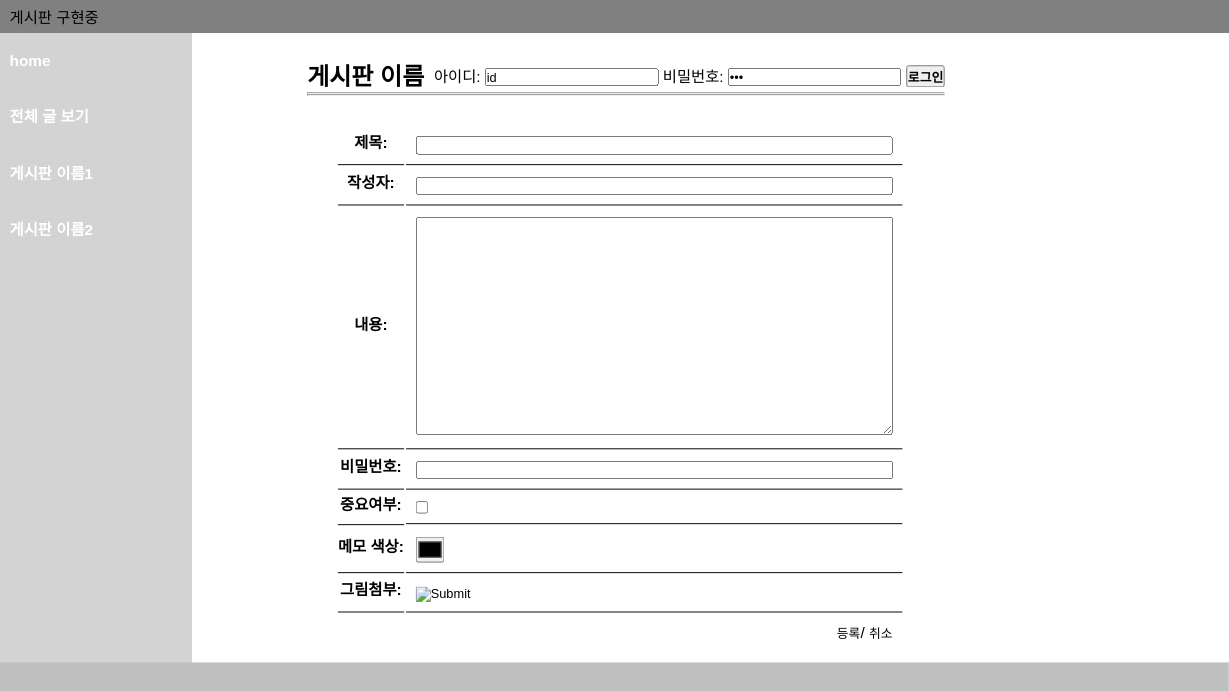
Repository: hyeon-jin-park/study
Page: work/internet_programing/Test_final/public/input.html
An editor plug-in stored every save of this project. The page is shown before and after the next save, followed by the edit.
The browser window is 1280 px wide. The pictures show the whole page, at 96% of full size.

Above is the page before, as saved 2025-03-22 13:25:56.

After the next save:
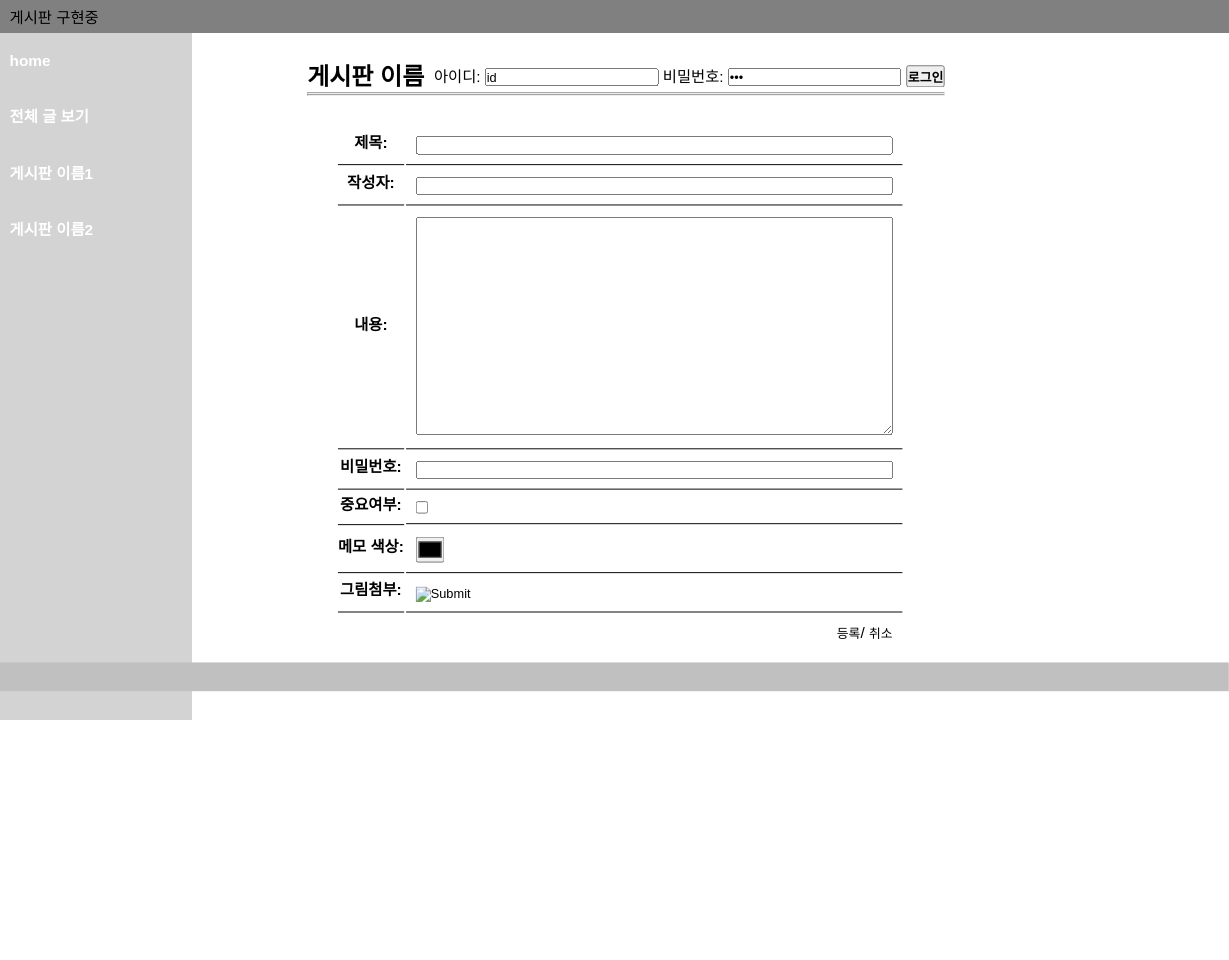
Saved 116 s later.
--- a/work/internet_programing/Test_final/public/layout.css
+++ b/work/internet_programing/Test_final/public/layout.css
@@ -1,5 +1,8 @@
 @charset "UTF-8";
 
+body{
+	min-height:1000px;
+}
 .header {
             background-color: gray;
             color: black;

After the save that followed:
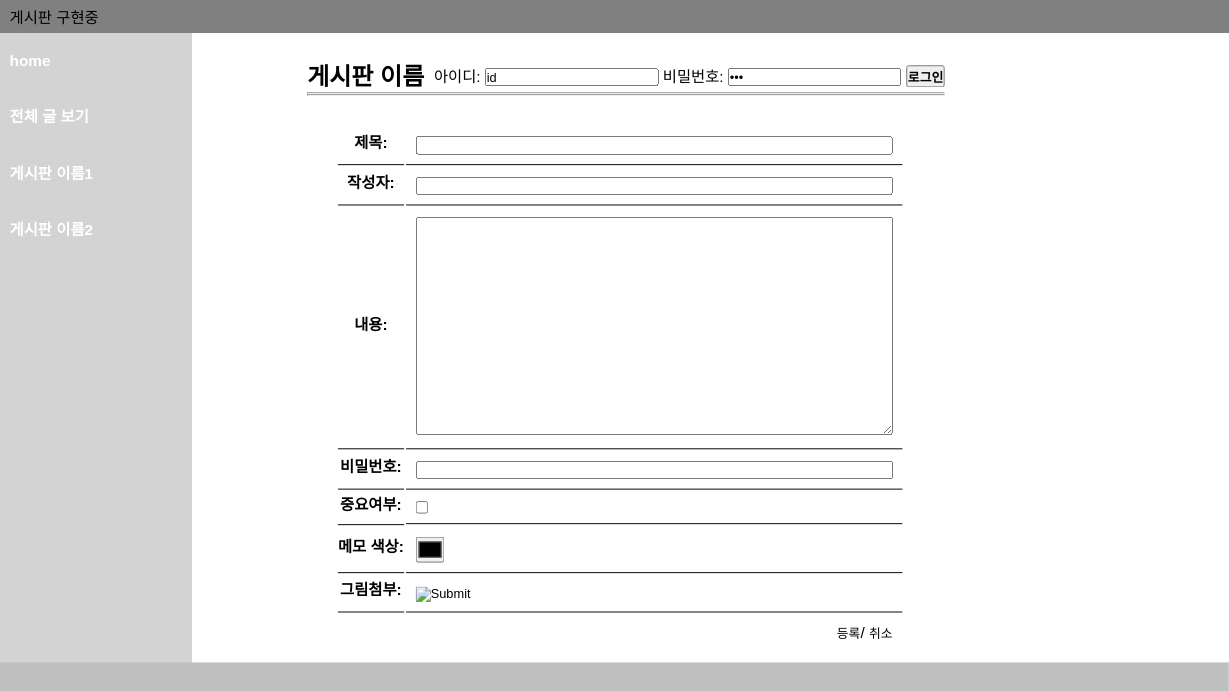
Saved 95 s later.
--- a/work/internet_programing/Test_final/public/layout.css
+++ b/work/internet_programing/Test_final/public/layout.css
@@ -1,8 +1,5 @@
 @charset "UTF-8";
 
-body{
-	min-height:1000px;
-}
 .header {
             background-color: gray;
             color: black;
@@ -61,7 +58,7 @@
     		padding: 20px;
     		padding-top: 0px;
     		align-items: center;
-    		min-height: 300px;
+    		min-height: 10000px;
     		overflow:auto;
 		}
 		.board_title{
